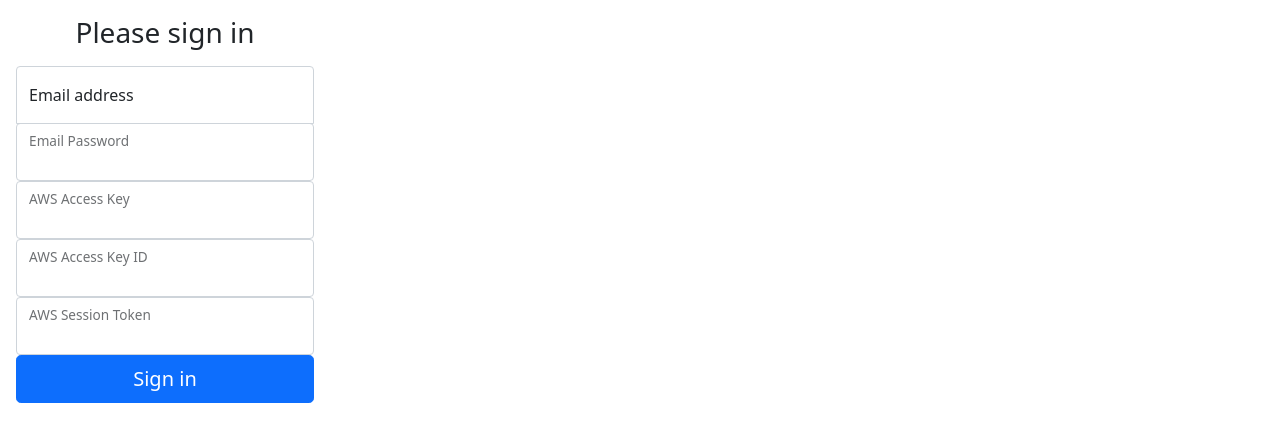
Repository: lucamjdimarco/FinalSDCCProject
Page: http://localhost/
These files come from the project's save history. The page is drawn as it stood at one moment and after the next save; the edit follows.
The browser window is 1280 px wide. The pictures show the whole page.
The page is served by the project's application, run on Flask 3 (app/server.py).

Above is the page before, as saved 2023-06-06 22:34:36.

After the next save:
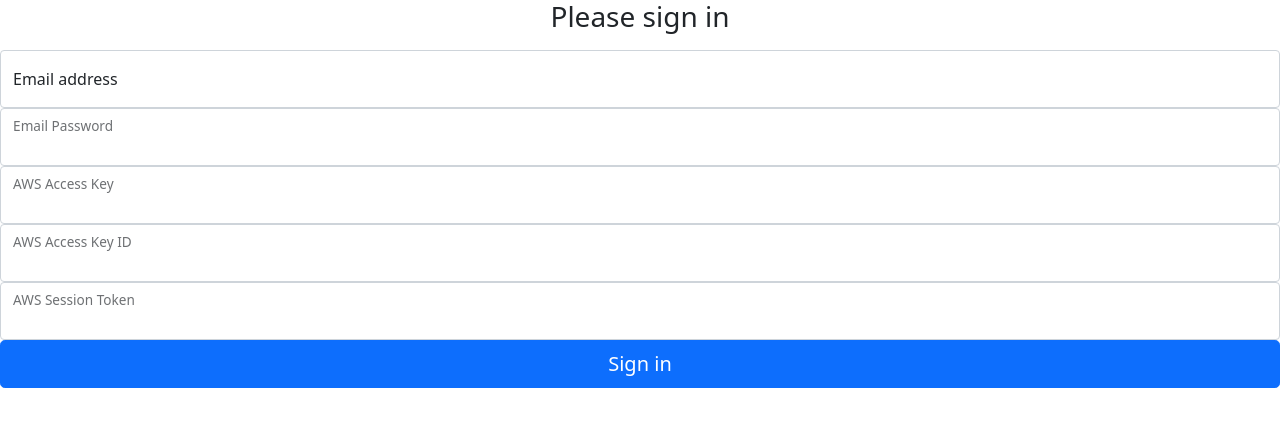
Saved 2 min 51 s later.
--- a/Docker/app/templates/login.html
+++ b/Docker/app/templates/login.html
@@ -35,7 +35,7 @@
 
 
     <!-- Custom styles for this template -->
-    <link href="sign-in.css" rel="stylesheet">
+
   </head>
   <body class="text-center">
 
